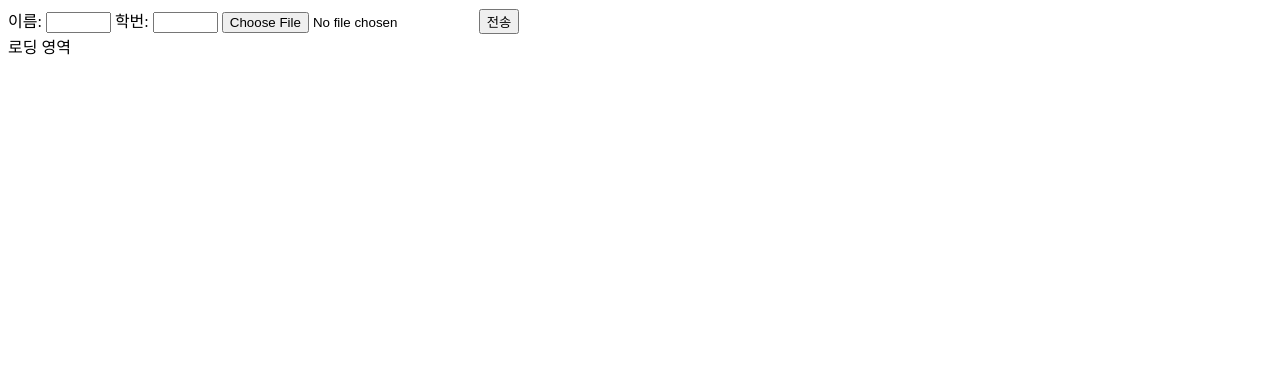
Repository: suhyun6363/JSP
Page: http://localhost/LectureProject/jQImageForm.jsp
The author's editor kept a copy of each file at every save. The page is drawn from the files as they stood at one save, then again after the next save.
The browser window is 1280 px wide. The pictures show the whole page.
The page is served by Tomcat 9.

Above is the page before, as saved 2023-04-26 06:37:07.
Console error: SyntaxError: Unexpected identifier 'success'

After the next save:
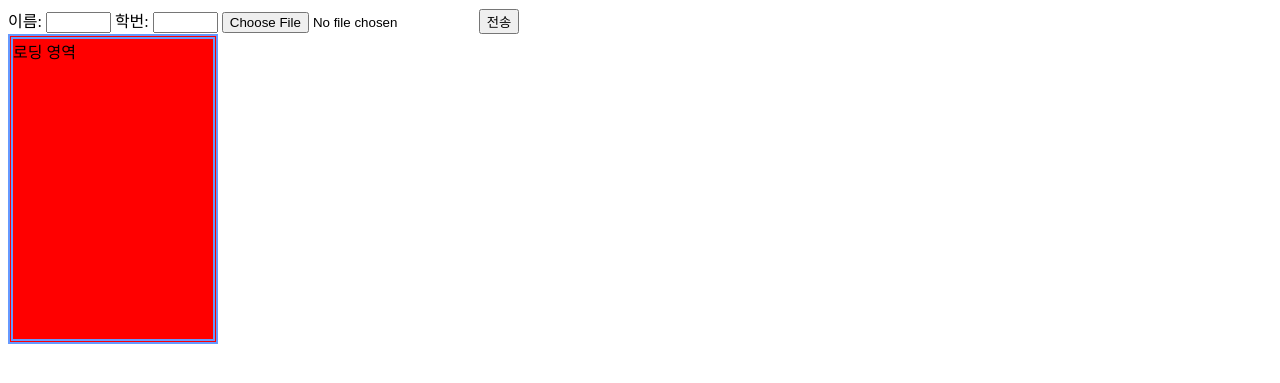
Saved 5 min 55 s later.
--- a/LectureProject/WebContent/jQImageForm.jsp
+++ b/LectureProject/WebContent/jQImageForm.jsp
@@ -8,7 +8,7 @@
 <title>jQuery 테스트3</title>
 
 <style type="text/css">
-  div#displayArea {
+  div#result {
     width : 200px;
     height : 300px;
     border : 5px double #6699FF;
@@ -36,8 +36,8 @@
 	  $.ajax({		// ajax: 서버 통신 함수(html form태그랑 유사) //아래 파라미터들을 여러 개 함
 		  type: "post",
 		  url: "jQImagePro.jsp",
-		  processData: false,
-		  contentType: false,
+		  processData: false,	// 텍스트, 바이너리 data 인 multipart request data를 보내는 것이기 때문에 정렬/구분 작업하지 말고 그대로 보냄 		//default: True
+		  contentType: false,	// 텍스트뿐이 아닌 multipart로 보내기 때문 			//default: True
 		  data: formData //formData 객체를 보냄
 		  success: function(data) {
 			  $("#result").html(data);
